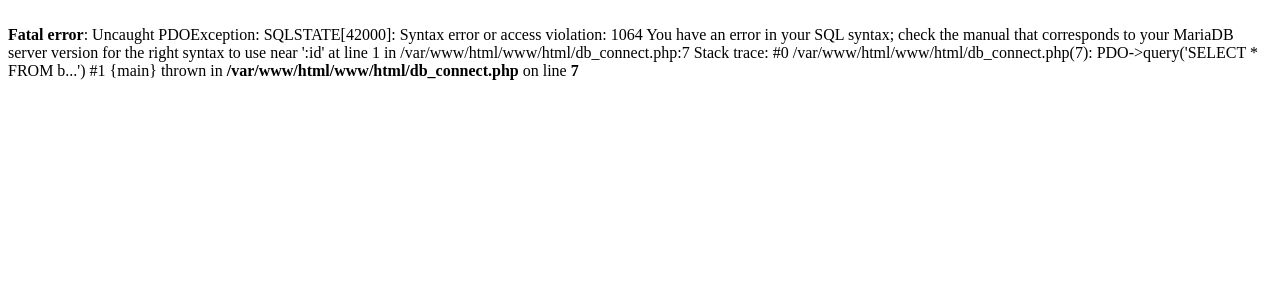
Repository: posse-ap/gen2.0-akira1515
Page: http://localhost/www/html/db_connect.php
An editor plug-in stored every save of this project. The page is shown before and after the next save, followed by the edit.
The browser window is 1280 px wide. The pictures show the whole page.
The page is run by PHP 8.4 with error messages shown; the project is at /var/www/html/. The database holds what the project's SQL file puts in it.

Above is the page before, as saved 2021-12-21 21:33:14.

After the next save:
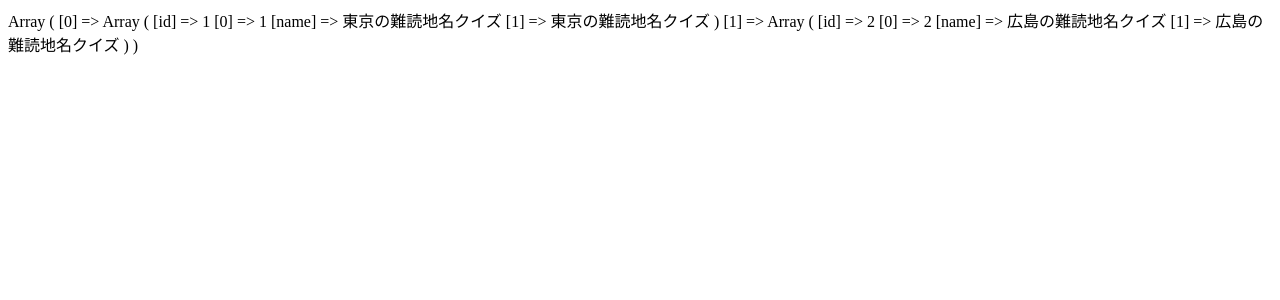
Saved 14 s later.
--- a/www/html/db_connect.php
+++ b/www/html/db_connect.php
@@ -4,7 +4,7 @@ $pdo = new PDO('mysql:dbname=quizy; host=db;' , 'root', 'secret');
 $pdo->query('SET NAMES utf8;');
 
 // 2.実行したいSQL文をセットする。
-$stmt = $pdo->query('SELECT * FROM big_questions WHERE id = 1:id' );
+$stmt = $pdo->query('SELECT * FROM big_questions ' );
 
 // 3.SQLに対してパラメーターをセットする。【任意】(可変する部分の受け皿)
 // $stmt->bindValue(':mail_address', $mail_address, PDO::PARAM_STR);
